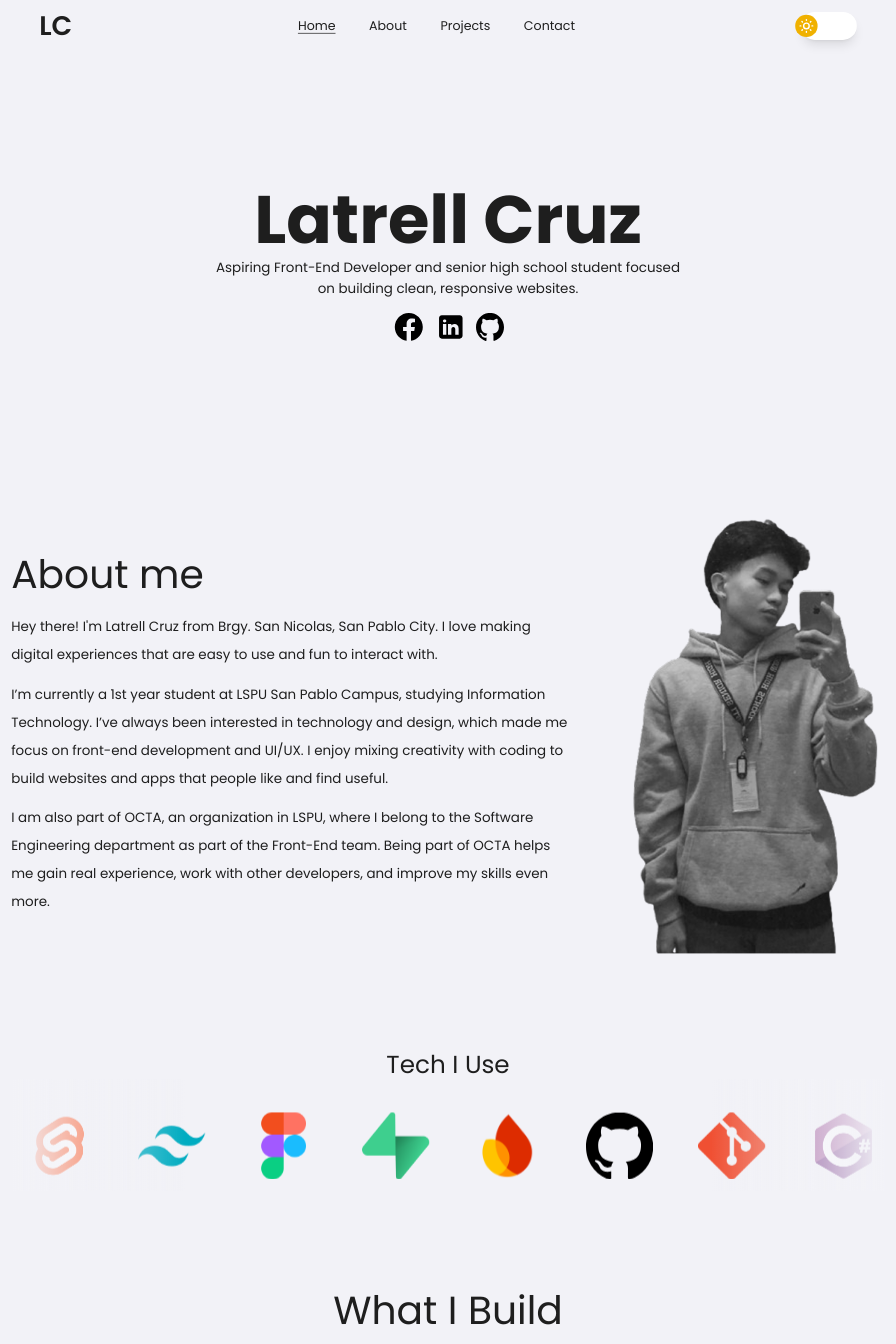
Repository: Latrell26/Portfolio-schoolProject
Page: /
An editor plug-in stored every save of this project. The page is shown before and after a run of saves, followed by the edit.
The browser window is 1280 px wide. The pictures show the part of the page from y = 0 to 1920 px (the page is 4254 px tall), at 70% of full size.
The project was rebuilt for these pictures with package versions that can differ from the ones it lists, and the page was loaded fresh each time. Also part of the build but not shown: svelte.config.js, vite.config.js.

Above is the page before, as saved 2026-01-02 01:01:20.

### index.html
<!doctype html>
<html lang="en">
  <head>
    <meta charset="UTF-8" />
    <link rel="icon" type="image/svg+xml" href="/vite.svg" />
    <meta name="viewport" content="width=device-width, initial-scale=1.0" />
    <title>my-portfolio</title>
    <link rel="preconnect" href="https://fonts.googleapis.com">
<link rel="preconnect" href="https://fonts.gstatic.com" crossorigin>
<link href="https://fonts.googleapis.com/css2?family=Poppins:ital,wght@0,100;0,200;0,300;0,400;0,500;0,600;0,700;0,800;0,900;1,100;1,200;1,300;1,400;1,500;1,600;1,700;1,800;1,900&display=swap" rel="stylesheet">
  </head>
  <body>
    <div id="app"></div>
    <script type="module" src="/src/main.js"></script>
  </body>
</html>

### src/app.css
@import "tailwindcss";

@theme {
  --color-primary: var(--primary);
  --color-dark: var(--dark);
  --color-medyolight: var(--medyolight);
  --color-light: var(--light);
  --color-brown: var(--brown);
}

:root {
  font-family: poppins;
  line-height: 1.5;
  font-weight: 400;
  color-scheme: light dark;
  color: #1E1E1E;
  background-color: #F2F2F7;
  font-synthesis: none;
  text-rendering: optimizeLegibility;
  -webkit-font-smoothing: antialiased;
  -moz-osx-font-smoothing: grayscale;
  --primary: #1B56FD;
  --dark: #1E1E1E;
  --light: #F2F2F7;
  --medyolight: #3D3D3D;
  --brown: #262016;
}

html{
  scroll-behavior: smooth;
}
h1 {
  font-size: clamp(6rem, 6vw, 8rem);
  font-weight: 700;
  line-height: 1.1;
}
h2 {
  font-size: clamp(2rem, 6vw, 3.5rem);
  line-height: 1.1;
}
h3 {
  font-size: clamp(2rem, 6vw, 2.2rem);
  line-height: 1.1;
}
h4 {
  font-size: clamp(1rem, 6vw, 2rem);
  line-height: 1.1;
}
h5{
  font-size: clamp(2rem, 3vw, 2.5rem);
}
p{
  font-size: clamp(1rem, 6vw, 1.2rem);
}

@keyframes slide {
    from {
      transform: translateX(-100%);
    }
    to {
      transform: translateX(0);
    }
  }

### src/lib/navBar.svelte
<script>
    import { onMount } from "svelte";

    let dark = false;
    let menuOpen = false;
    let scrolled = false;
    let activeSection = "home";

    let prevScrollY = 0;
    let navbarVisible = true;

    let forceHide = false;

    function toggleDark() {
        dark = !dark;
        document.body.classList.toggle("dark-mode");
    }

    function hideNavbarAfterClick() {
        forceHide = true;
        navbarVisible = false;

        setTimeout(() => {
            forceHide = false;
        }, 1200);
    }

    onMount(() => {
        const handleScroll = () => {

            if (forceHide) return;

            const currentScrollY = window.scrollY;

            scrolled = currentScrollY > 50;

            if (currentScrollY > prevScrollY && currentScrollY > 100) {
                navbarVisible = false;
            } else if (currentScrollY < prevScrollY) {
                navbarVisible = true;
            }

            if (currentScrollY <= 10 && !forceHide) {
            navbarVisible = true;
}

            prevScrollY = currentScrollY;
        };

        window.addEventListener("scroll", handleScroll);

        const sections = document.querySelectorAll("section[id]");
        const observer = new IntersectionObserver(
            (entries) => {
                entries.forEach((entry) => {
                    if (entry.isIntersecting) {
                        activeSection = entry.target.id;
                    }
                });
            },
            { threshold: 0.5 }
        );

        sections.forEach((sec) => observer.observe(sec));

        return () => {
            window.removeEventListener("scroll", handleScroll);
            observer.disconnect();
        };
    });


    let isDark = false;

    // SVG Icons
    const sunIcon = `
        <svg xmlns="http://www.w3.org/2000/svg" fill="none" viewBox="0 0 24 24" stroke="currentColor" class="w-6 h-6">
            <path stroke-linecap="round" stroke-linejoin="round" stroke-width="2"
                  d="M12 3v1m0 16v1m9-9h-1M4 12H3m15.364 6.364l-.707-.707M6.343 6.343l-.707-.707m12.728 0l-.707.707M6.343 17.657l-.707.707M16 12a4 4 0 11-8 0 4 4 0 018 0z" />
        </svg>
    `;

    const moonIcon = `
        <svg xmlns="http://www.w3.org/2000/svg" fill="none" viewBox="0 0 24 24" stroke="currentColor" class="w-6 h-6">
            <path stroke-linecap="round" stroke-linejoin="round" stroke-width="2"
                  d="M20.354 15.354A9 9 0 018.646 3.646 9.003 9.003 0 0012 21a9.003 9.003 0 008.354-5.646z" />
        </svg>
    `;

    // Current icon (reactive)
    let currentIcon = sunIcon;

    function toggleDarkMode() {
        isDark = !isDark;
        document.body.classList.toggle('dark-mode', isDark);
        localStorage.setItem('darkMode', isDark);

        // Update icon after animation
        setTimeout(() => {
            currentIcon = isDark ? moonIcon : sunIcon;
        }, 250);
    }

    // Load saved preference on mount
    onMount(() => {
        const saved = localStorage.getItem('darkMode');
        if (saved !== null) {
            isDark = saved === 'true';
        } else {
            // Optional: detect system preference
            isDark = window.matchMedia('(prefers-color-scheme: dark)').matches;
        }

        if (isDark) {
            document.body.classList.add('dark-mode');
            currentIcon = moonIcon;
        }
    });
</script>

<nav
    class={`fixed top-0 left-0 right-0 z-50 py-2
    transition-all duration-300 ease-out
    bg-white/0 border-b border-white/0
    ${scrolled ? "bg-white/10 border-white/20 backdrop-blur-xl shadow-md" : ""}
    ${navbarVisible ? "translate-y-0" : "-translate-y-full"}`}
>
    <div class="flex justify-between items-center max-w-300 mx-auto px-4">
        <h5 class="font-semibold">LC</h5>

        <ul class="hidden md:flex gap-12 text-lg">
            <li class="hover:underline underline-offset-4 cursor-pointer">
                <a
                    href="#home"
                    on:click={hideNavbarAfterClick}
                    class={activeSection === "home" ? "underline" : ""}
                >Home</a>
            </li>

            <li class="hover:underline underline-offset-4 cursor-pointer">
                <a
                    href="#about"
                    on:click={hideNavbarAfterClick}
                    class={activeSection === "about" ? "underline" : ""}
                >About</a>
            </li>

            <li class="hover:underline underline-offset-4 cursor-pointer">
                <a
                    href="#projects"
                    on:click={hideNavbarAfterClick}
                    class={activeSection === "projects" ? "underline" : ""}
                >Projects</a>
            </li>

            <li class="hover:underline underline-offset-4 cursor-pointer">
                <a
                    href="#contact"
                    on:click={hideNavbarAfterClick}
                    class={activeSection === "contact" ? "underline" : ""}
                >Contact</a>
            </li>
        </ul>

       <button
    on:click={toggleDarkMode}
    class="relative w-20 h-10 rounded-full bg-white flex items-center transition duration-300 focus:outline-none shadow-lg"
    aria-label="Toggle dark mode"
>
    <div
        class="w-8 h-8 relative rounded-full transition-all duration-500 transform p-1 text-white flex items-center justify-center
               {isDark ? 'bg-gray-700 translate-x-full' : 'bg-yellow-500 -translate-x-2'}"
    >
        {@html currentIcon}
    </div>
</button>
    </div>
</nav>

<!-- Mobile Menu -->
<div
    class={`fixed top-0 right-0 h-full w-64 bg-black/80 backdrop-blur-xl text-white p-6 z-40
    transition-transform duration-300
    ${menuOpen ? "translate-x-0" : "translate-x-full"}`}
>
    <button class="text-3xl mb-6" on:click={() => (menuOpen = false)}>✕</button>

    <ul class="flex flex-col gap-6 text-xl">
        <li>
            <a
                href="#home"
                on:click={() => { menuOpen = false; hideNavbarAfterClick(); }}
                class={activeSection === "home" ? "underline" : ""}
            >Home</a>
        </li>

        <li>
            <a
                href="#about"
                on:click={() => { menuOpen = false; hideNavbarAfterClick(); }}
                class={activeSection === "about" ? "underline" : ""}
            >About</a>
        </li>

        <li>
            <a
                href="#projects"
                on:click={() => { menuOpen = false; hideNavbarAfterClick(); }}
                class={activeSection === "projects" ? "underline" : ""}
            >Projects</a>
        </li>

        <li>
            <a
                href="#contact"
                on:click={() => { menuOpen = false; hideNavbarAfterClick(); }}
                class={activeSection === "contact" ? "underline" : ""}
            >Contact</a>
        </li>
    </ul>
</div>

### src/lib/footer.svelte
    <script>
    import * as img from "../imagedata.js";
    </script>

    <footer class=" text-dark" >
    <div class="max-w-7xl mx-auto">

        <div class="max-w-2xl">

        <h2>Let's work together</h2>

        <form class="mt-10 space-y-8">
            <div>
            <p class="">Name</p>
            <input
                type="text"
                required
                placeholder="Examplename"
                class="w-full px-0 py-2 bg-transparent border-b-2 border-dark
                    focus:outline-none
                    placeholder-medyolight"
            />
            </div>

            <div>
            <p class="">Email</p>
            <input
                type="email"
                required
                placeholder="your.email@example.com"
                class="w-full px-0 py-2 bg-transparent border-b-2 border-dark
                    focus:outline-none
                    placeholder-medyolight"
            />
            </div>
            <div>
            <p class="">Message</p>
            <textarea
                required
                rows="3"
                placeholder="Say hello..."
                class="w-full px-0 py-2 bg-transparent border-b-2 border-dark
                    focus:outline-none
                    resize-none placeholder-medyolight"
            ></textarea>
            </div>

            <button
            type="submit"
            class="px-8 py-4 bg-dark rounded-lg text-light cursor-pointer hover:bg-light border-1 border-dark hover:text-dark duration-400 ease-out"
            >
            Send message
            </button>
        </form>

        <div class="flex flex-row items-center gap-4 mt-16">
            <a
            href="https://www.facebook.com/share/1Da6x7yam2/"
            >
            <img
                src={img.facebook}
                alt="facebook"
                class="w-9.5 h-auto hover:opacity-80 transition"
            />
            </a>
            <a
            href="https://www.linkedin.com/in/latrell-cruz-a11975387/"
            >
            <img
                src={img.linkedin}
                alt="linkedin"
                class="w-8 h-auto hover:opacity-80 transition"
            />
            </a>
            <a
            href="https://github.com/Latrell26"
            >
            <img
                src={img.github}
                alt="github"
                class="w-8 h-auto hover:opacity-80 transition"
            />
            </a>
        </div>


        <div class="mt-16 mb-8">
            <h6 class="text-sm text-medyolight">© 2025 Latrell Cruz. All rights reserved.</h6>
        </div>

        </div>
    </div>
    </footer>

### src/lib/components-cards.svelte
    <script>
    export let image = "";
    export let title = "";
    export let text = "";
    export let logo = [];
    export let url = "#";
    </script>

    <div class="group">
    <a href={url} target="_blank" rel="noopener noreferrer" class="block">
        <div class="mb-4 relative rounded-lg overflow-hidden">
        <div class="">
            <img
            src={image}
            alt={title}
            class="w-[600px] h-[350px] object-cover transition-transform duration-400 ease-out
                group-hover:scale-104 cursor-pointer"
            />

            <div class="absolute inset-0
                        opacity-0 group-hover:opacity-100
                        transition-opacity duration-400 ease-out
                        backdrop-blur-sm
                        bg-white/5
                        flex items-end justify-center pb-8
                        pointer-events-none">

            <div class="bg-white/20 backdrop-blur-lg rounded-xl px-6 py-2 border border-white/30 shadow-xl
                        translate-y-4 group-hover:translate-y-0 transition-transform duration-400 ease-out">
                <p class="text-white tracking-wide drop-shadow-lg ">
                View project →
                </p>
            </div>
            </div>
        </div>
        </div>
    </a>

    <div class="">
        <h3 class="font-semibold mb-2">
        {title}
        </h3>

        <p class="leading-relaxed mb-2 max-w-[37rem] text-justify">
        {text}
        </p>

        <div class="flex gap-2 flex-wrap">
        {#each logo as icon}
            <img
            src={icon}
            alt="tech icon"
            class="w-10 h-10 md:w-12 md:h-12 object-contain"
            />
        {/each}
        </div>
    </div>
    </div>

Loaded but not shown: src/main.js (common file); src/imagedata.js (47 lines, source omitted); src/lib/arrayObjectsData.js (28 lines, source omitted); src/App.svelte (168 lines, source omitted)

After the next 4 saves:
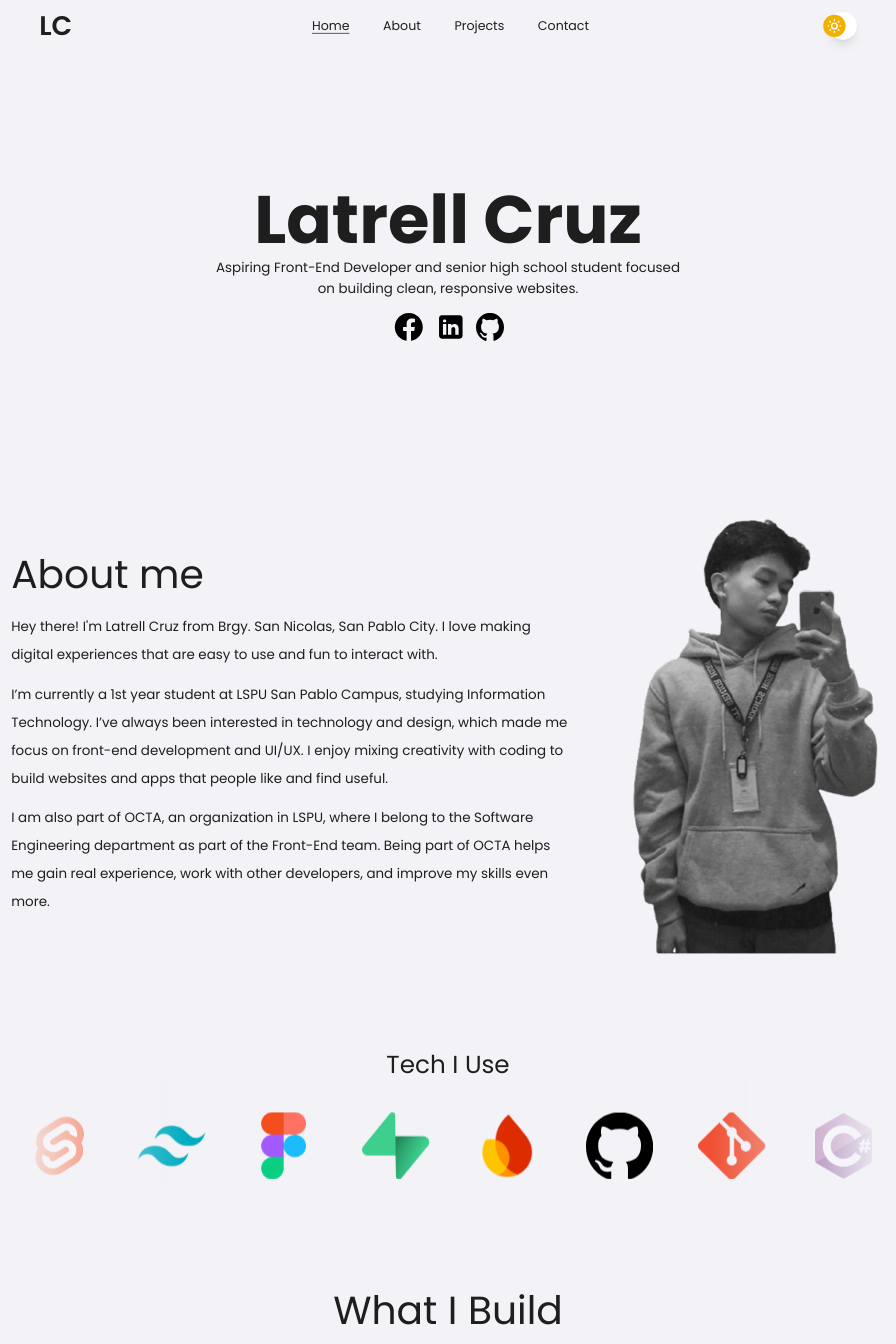
The 4 saves are shown as one change because they came seconds apart.
The last was saved 12 s later.
--- a/src/lib/navBar.svelte
+++ b/src/lib/navBar.svelte
@@ -164,7 +164,7 @@
 
        <button
     on:click={toggleDarkMode}
-    class="relative w-20 h-10 rounded-full bg-white flex items-center transition duration-300 focus:outline-none shadow-lg"
+    class="relative w-10 h-10 rounded-full bg-white flex items-center transition duration-300 focus:outline-none shadow-lg"
     aria-label="Toggle dark mode"
 >
     <div

After the save that followed:
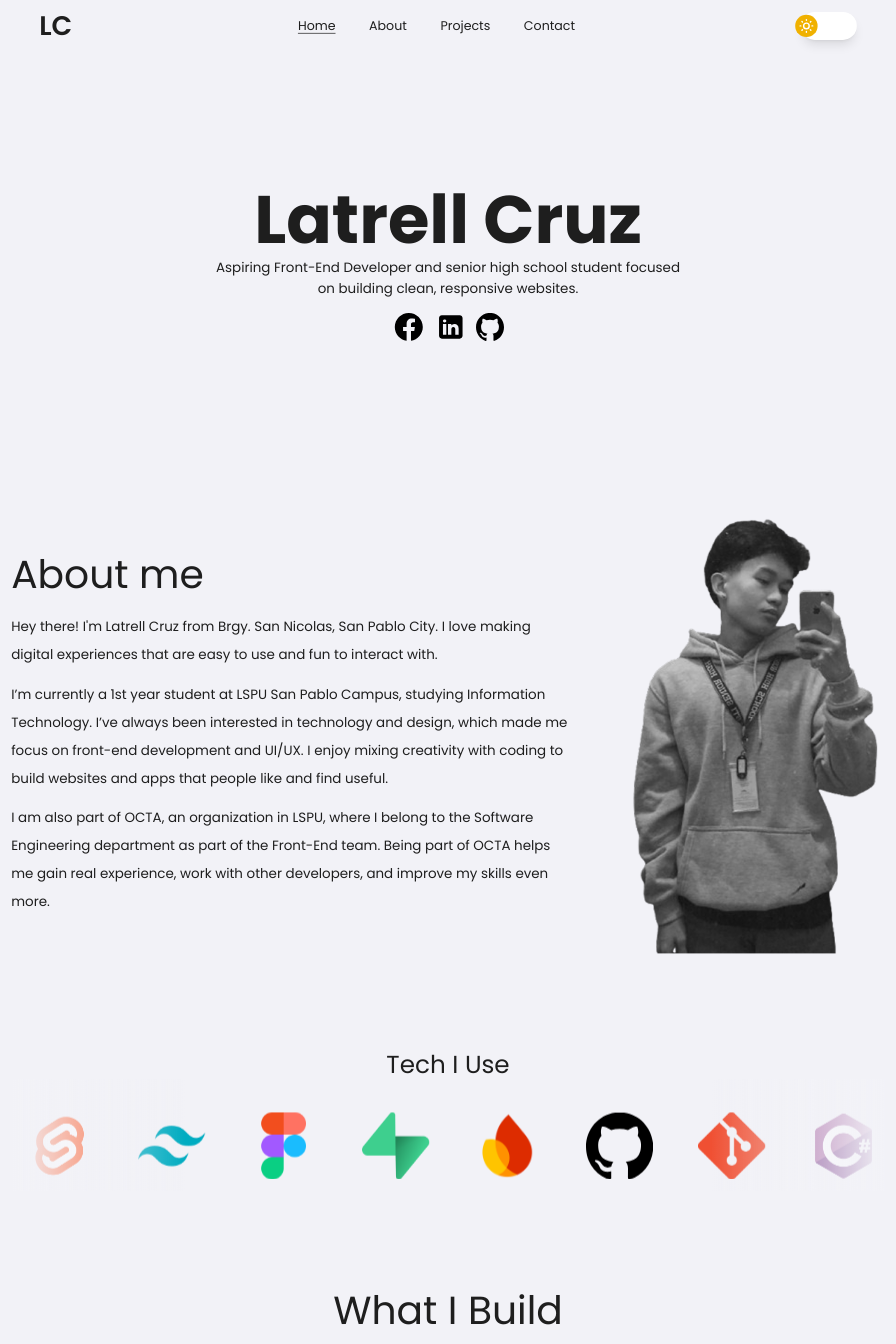
Saved 6 s later.
--- a/src/lib/navBar.svelte
+++ b/src/lib/navBar.svelte
@@ -164,7 +164,7 @@
 
        <button
     on:click={toggleDarkMode}
-    class="relative w-10 h-10 rounded-full bg-white flex items-center transition duration-300 focus:outline-none shadow-lg"
+    class="relative w-20 h-10 rounded-full bg-white flex items-center transition duration-300 focus:outline-none shadow-lg"
     aria-label="Toggle dark mode"
 >
     <div
